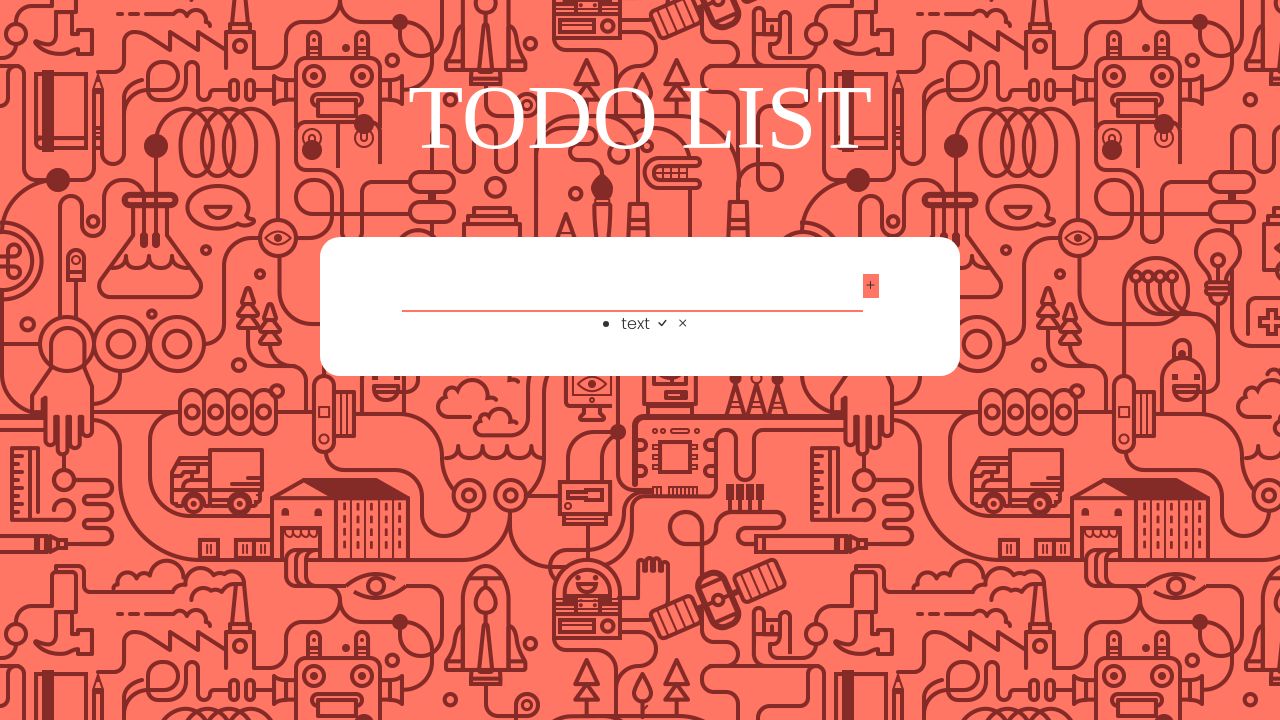
Repository: zum281/todo-list
Page: index.html
The author's editor kept a copy of each file at every save. The page is drawn from the files as they stood at one save, then again after the next save.
The browser window is 1280 px wide. The pictures show the whole page.
Some web fonts or font styles are not loaded; a fallback is used. Some web libraries are served in a nearby version. The style sheet was rebuilt from its Sass, Less or Tailwind sources for each picture, by a compiler version that may differ from the author's.

Above is the page before, as saved 2021-03-05 16:24:54.

### index.html
<!DOCTYPE html>
<html lang="en">

    <head>
        <meta charset="UTF-8">
        <meta http-equiv="X-UA-Compatible" content="IE=edge">
        <meta name="viewport" content="width=device-width, initial-scale=1.0">

        <!-- Bootstrap CSS -->
        <link href="https://cdn.jsdelivr.net/npm/bootstrap@5.0.0-beta2/dist/css/bootstrap.min.css" rel="stylesheet"
            integrity="sha384-BmbxuPwQa2lc/FVzBcNJ7UAyJxM6wuqIj61tLrc4wSX0szH/Ev+nYRRuWlolflfl" crossorigin="anonymous">
        <!-- Option 1: Bootstrap Bundle with Popper -->
        <script src="https://cdn.jsdelivr.net/npm/bootstrap@5.0.0-beta2/dist/js/bootstrap.bundle.min.js"
            integrity="sha384-b5kHyXgcpbZJO/tY9Ul7kGkf1S0CWuKcCD38l8YkeH8z8QjE0GmW1gYU5S9FOnJ0" crossorigin="anonymous">
        </script>
        <link rel="stylesheet" href="https://cdn.jsdelivr.net/npm/bootstrap-icons@1.4.0/font/bootstrap-icons.css">
        <!--Jquery-->
        <script src="https://code.jquery.com/jquery-3.6.0.min.js"
            integrity="sha256-/xUj+3OJU5yExlq6GSYGSHk7tPXikynS7ogEvDej/m4=" crossorigin="anonymous"></script>

        <link rel="stylesheet" href="css/main.css">
        <title>Todo List</title>
    </head>

    <body>
        <h1 class="title">TODO LIST</h1>
        <div class="container main">
            <div class="add-todo-box">
                <input type="text" name="add-todo" id="add-todo">
                <div class="icon"><i class="bi bi-plus"></i></div>
            </div>
            <div class="todo-list-container">
                <ul class="todo-list">
                    <li class="todo-item"><span>text</span> <span><i class="bi bi-check"></i></span> <span><i
                                class="bi bi-x"></i></span></li>
                </ul>
            </div>
        </div>
        <script src="js/main.js"></script>
    </body>

</html>

### sass/main.scss
@import url("https://fonts.googleapis.com/css2?family=Poppins:wght@300;400;500;600;700&display=swap");
@import url("https://fonts.googleapis.com/css2?family=Chelsea+Market&display=swap");

* {
    margin: 0;
    padding: 0;
    box-sizing: border-box;
}

body {
    font-weight: 300;
    font-family: "Poppins";
    background: url("/assets/science.png");
    background-repeat: repeat;
    color: #333333;
}

.title {
    font-family: "Chelsea Market";
    text-align: center;
    font-size: 68pt;
    color: #fff;
    margin: 4rem auto;
}

.main {
    display: flex;
    flex-direction: column;
    align-items: center;
    justify-content: space-between;
    margin-top: 1rem;
    padding: 1.5rem;
    max-width: 50%;
    border-radius: 20px;
    background-color: #fff;

    .add-todo-box {
        width: 100%;
        display: flex;
        align-items: center;
        justify-content: center;

        input {
            border: none;
            border-bottom: 2px solid #ff7665;
            padding: 1rem 1rem 0 1rem;
            font-size: 22px;
            color: #333333;
            &:focus {
                border-bottom: 2px solid #b25246;
                outline: none;
            }
        }
    }
}

.icon {
    background-color: #ff7665;
    height: 100%;
}

Loaded but not shown: js/main.js (common file)

After the next save:
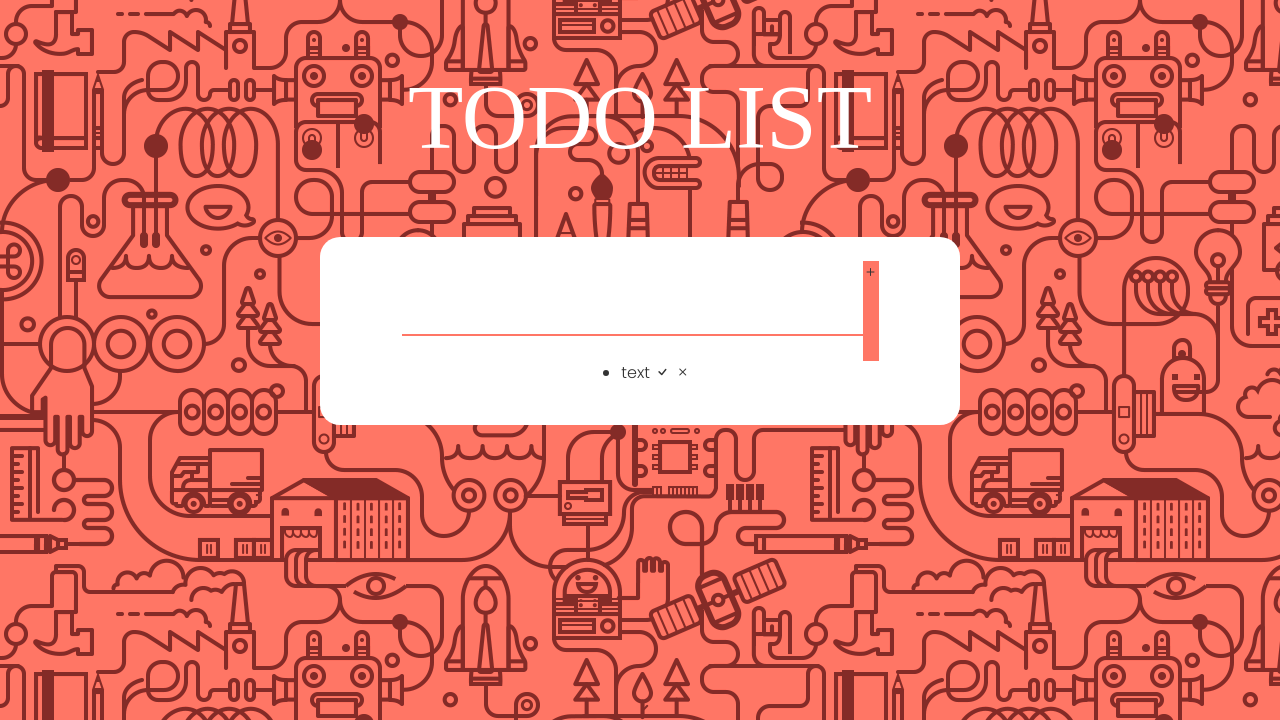
Saved 4 s later.
--- a/sass/main.scss
+++ b/sass/main.scss
@@ -56,5 +56,5 @@
 
 .icon {
     background-color: #ff7665;
-    height: 100%;
+    height: 100px;
 }

After the save that followed:
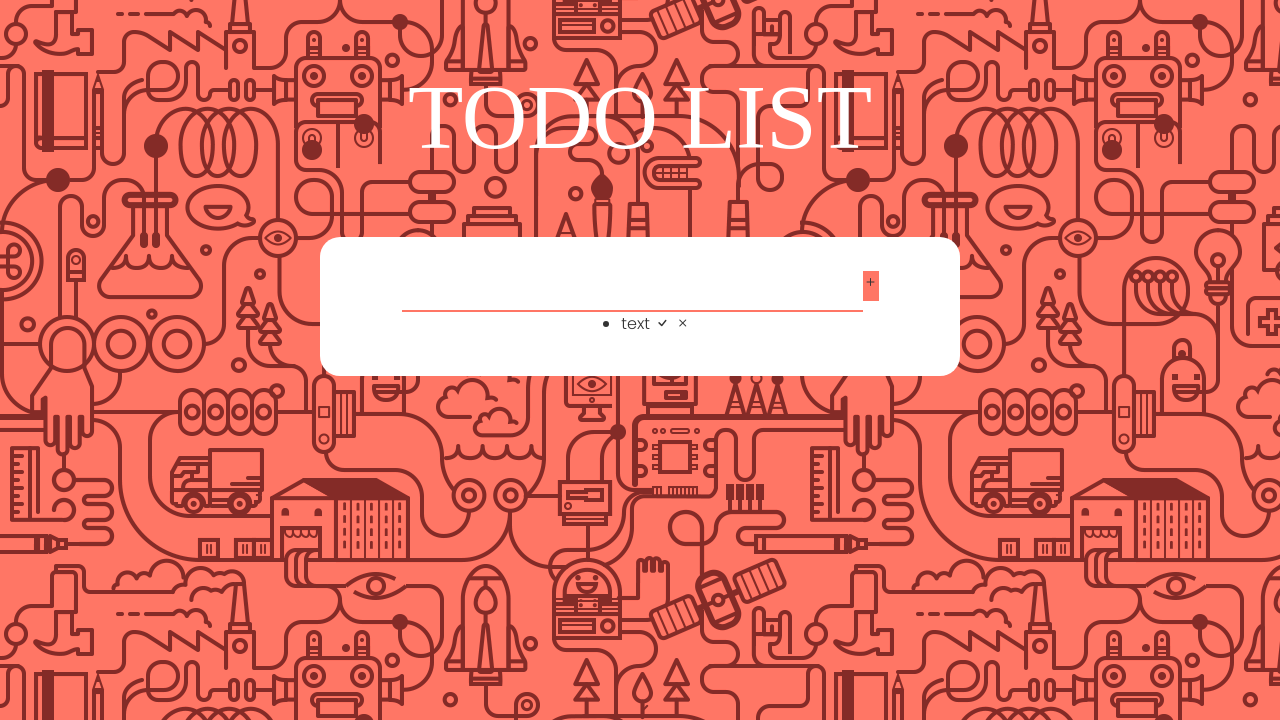
Saved 4 s later.
--- a/sass/main.scss
+++ b/sass/main.scss
@@ -56,5 +56,5 @@
 
 .icon {
     background-color: #ff7665;
-    height: 100px;
+    height: 30px;
 }
